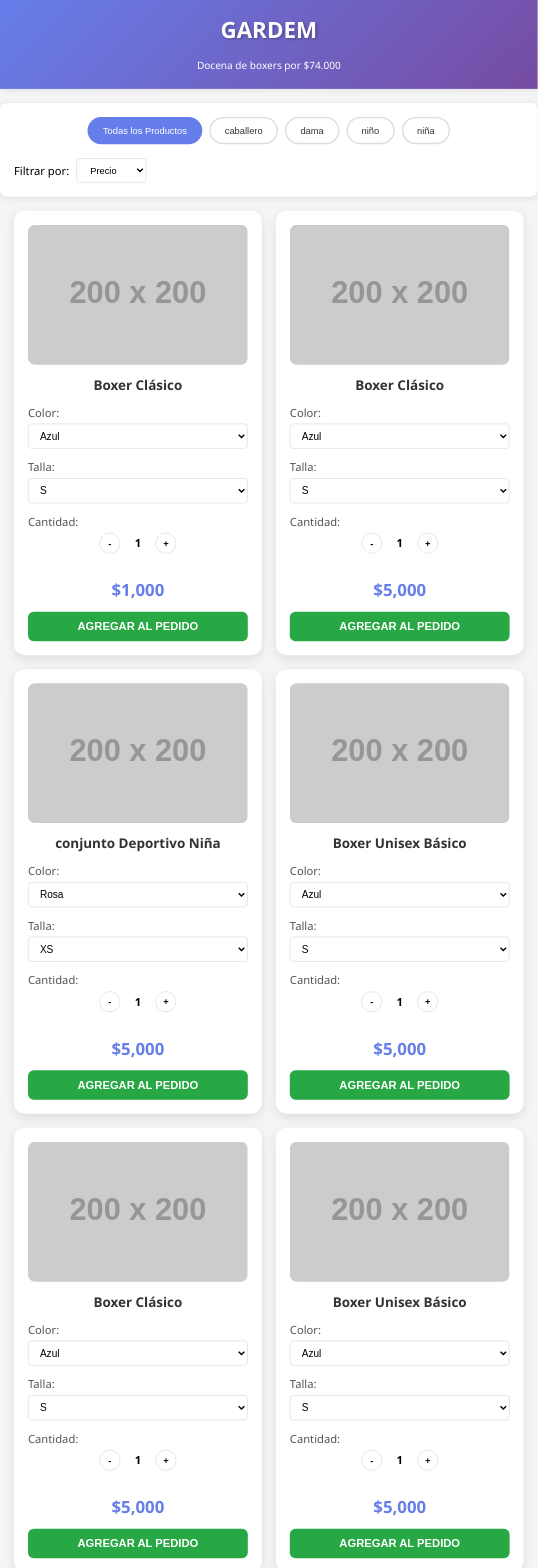
Repository: dasalgar123/gardem_react
Page: /
The author's editor kept a copy of each file at every save. The page is drawn from the files as they stood at one save, then again after the next save.
The browser window is 768 px wide. The pictures show the part of the page from y = 0 to 2240 px (the page is 4261 px tall before and 4292 px after), at 70% of full size.
The project was rebuilt for these pictures with package versions that can differ from the ones it lists, and the page was loaded fresh each time.

Above is the page before, as saved 2025-08-02 17:08:13.

### src/App.js
import React, { useState, useEffect } from 'react';
import './App.css';

function App() {
  // Estado para el carrito de compras
  const [carrito, setCarrito] = useState([]);
  const [filtroCategoria, setFiltroCategoria] = useState('Todas los Productos');
  const [promocionActual, setPromocionActual] = useState(0);

  // Promociones para el carrusel
  const promociones = [
    "Envíos a todo el país!",
    "Envíos gratis a Cúcuta centro",
    "Docena de boxers por $74.000",
    "Aprovecha nuestras promociones!"
  ];

  // Carrusel automático de promociones
  useEffect(() => {
    const interval = setInterval(() => {
      setPromocionActual((prev) => (prev + 1) % promociones.length);
    }, 3000); // Cambia cada 3 segundos

    return () => clearInterval(interval);
  }, [promociones.length]);

  // Datos de productos de Gardem
  const productos = [
    {
      id: 1,
      nombre: "Boxer Clásico",
      precio: 1000,
      categoria: "caballero",
      imagen: "https://via.placeholder.com/200x200/0066cc/ffffff?text=Boxer+Azul",
      colores: ["Azul", "Rojo", "Verde", "Negro"],
      tallas: ["S", "M", "L", "XL"]
    },
    {
      id: 2,
      nombre: "Boxer Clásico",
      precio: 5000,
      categoria: "caballero",
      imagen: "https://via.placeholder.com/200x200/cc0000/ffffff?text=Boxer+Rojo",
      colores: ["Azul", "Rojo", "Verde", "Negro"],
      tallas: ["S", "M", "L", "XL"]
    },
    {
      id: 3,
      nombre: "conjunto Deportivo Niña",
      precio: 5000,
      categoria: "niña",
      imagen: "https://via.placeholder.com/200x200/ff99cc/ffffff?text=Conjunto+Niña",
      colores: ["Rosa", "Azul", "Verde"],
      tallas: ["XS", "S", "M", "L"]
    },
    {
      id: 4,
      nombre: "Boxer Unisex Básico",
      precio: 5000,
      categoria: "caballero",
      imagen: "https://via.placeholder.com/200x200/99cc00/ffffff?text=Boxer+Verde",
      colores: ["Azul", "Rojo", "Verde", "Negro"],
      tallas: ["S", "M", "L", "XL"]
    },
    {
      id: 5,
      nombre: "Boxer Clásico",
      precio: 5000,
      categoria: "caballero",
      imagen: "https://via.placeholder.com/200x200/00cc00/ffffff?text=Boxer+Verde",
      colores: ["Azul", "Rojo", "Verde", "Negro"],
      tallas: ["S", "M", "L", "XL"]
    },
    {
      id: 6,
      nombre: "Boxer Unisex Básico",
      precio: 5000,
      categoria: "caballero",
      imagen: "https://via.placeholder.com/200x200/00cccc/ffffff?text=Boxer+Teal",
      colores: ["Azul", "Rojo", "Verde", "Negro"],
      tallas: ["S", "M", "L", "XL"]
    },
    {
      id: 7,
      nombre: "Boxer Clásico niño",
      precio: 5000,
      categoria: "niño",
      imagen: "https://via.placeholder.com/200x200/6699ff/ffffff?text=Boxer+Niño",
      colores: ["Azul", "Rojo", "Verde", "Negro"],
      tallas: ["XS", "S", "M", "L"]
    },
    {
      id: 8,
      nombre: "Boxer Clásico caballero",
      precio: 5000,
      categoria: "caballero",
      imagen: "https://via.placeholder.com/200x200/003366/ffffff?text=Boxer+Azul+Oscuro",
      colores: ["Azul", "Rojo", "Verde", "Negro"],
      tallas: ["S", "M", "L", "XL"]
    },
    {
      id: 9,
      nombre: "top algodon",
      precio: 10000,
      categoria: "dama",
      imagen: "https://via.placeholder.com/200x200/ffcc99/ffffff?text=Top+Algodón",
      colores: ["Rosa", "Azul", "Verde", "Negro"],
      tallas: ["XS", "S", "M", "L", "XL"]
    },
    {
      id: 10,
      nombre: "top niña",
      precio: 10000,
      categoria: "niña",
      imagen: "https://via.placeholder.com/200x200/ff99cc/ffffff?text=Top+Niña",
      colores: ["Rosa", "Azul", "Verde", "Amarillo"],
      tallas: ["XS", "S", "M", "L"]
    },
    {
      id: 11,
      nombre: "pantalon",
      precio: 5000,
      categoria: "caballero",
      imagen: "https://via.placeholder.com/200x200/999999/ffffff?text=Pantalón",
      colores: ["Negro", "Azul", "Gris"],
      tallas: ["S", "M", "L", "XL"]
    }
  ];

  // Filtrar productos por categoría
  const productosFiltrados = filtroCategoria === 'Todas los Productos'
    ? productos
    : productos.filter(p => p.categoria === filtroCategoria);

  // Agregar producto al carrito
  const agregarAlCarrito = (producto, color, talla, cantidad) => {
    const item = {
      ...producto,
      color,
      talla,
      cantidad: parseInt(cantidad)
    };
    setCarrito([...carrito, item]);
  };

  // Calcular total del carrito
  const totalCarrito = carrito.reduce((total, item) => total + (item.precio * item.cantidad), 0);

  return (
    <div className="App">
      {/* Header */}
      <header className="header">
        <div className="header-content">
          <h1 className="logo">GARDEM</h1>
          <div className="promociones">
            <div className="carrusel-promociones">
              <p className="promocion-activa">{promociones[promocionActual]}</p>
            </div>
          </div>
        </div>
      </header>

      {/* Filtros */}
      <div className="filtros">
        <div className="filtro-categorias">
          <button
            className={filtroCategoria === 'Todas los Productos' ? 'activo' : ''}
            onClick={() => setFiltroCategoria('Todas los Productos')}
          >
            Todas los Productos
          </button>
          <button
            className={filtroCategoria === 'caballero' ? 'activo' : ''}
            onClick={() => setFiltroCategoria('caballero')}
          >
            caballero
          </button>
          <button
            className={filtroCategoria === 'dama' ? 'activo' : ''}
            onClick={() => setFiltroCategoria('dama')}
          >
            dama
          </button>
          <button
            className={filtroCategoria === 'niño' ? 'activo' : ''}
            onClick={() => setFiltroCategoria('niño')}
          >
            niño
          </button>
          <button
            className={filtroCategoria === 'niña' ? 'activo' : ''}
            onClick={() => setFiltroCategoria('niña')}
          >
            niña
          </button>
        </div>
        <div className="filtro-extra">
          <span>Filtrar por:</span>
          <select>
            <option>Precio</option>
            <option>Nombre</option>
          </select>
        </div>
      </div>

      {/* Grid de Productos */}
      <div className="productos-grid">
        {productosFiltrados.map((producto) => (
          <ProductoCard
            key={producto.id}
            producto={producto}
            onAgregar={agregarAlCarrito}
          />
        ))}
      </div>

      {/* Carrito */}
      {carrito.length > 0 && (
        <div className="carrito">
          <h3>Tu Pedido ({carrito.length} productos)</h3>
          <div className="carrito-items">
            {carrito.map((item, index) => (
              <div key={index} className="carrito-item">
                <img src={item.imagen} alt={item.nombre} />
                <div>
                  <h4>{item.nombre}</h4>
                  <p>Color: {item.color} | Talla: {item.talla}</p>
                  <p>Cantidad: {item.cantidad}</p>
                  <p>Precio: ${item.precio.toLocaleString()}</p>
                </div>
              </div>
            ))}
          </div>
          <div className="carrito-total">
            <h4>Total: ${totalCarrito.toLocaleString()}</h4>
            <button className="btn-whatsapp">
              Enviar Pedido por WhatsApp
            </button>
          </div>
        </div>
      )}
    </div>
  );
}

// Componente ProductoCard
function ProductoCard({ producto, onAgregar }) {
  const [color, setColor] = useState(producto.colores[0]);
  const [talla, setTalla] = useState(producto.tallas[0]);
  const [cantidad, setCantidad] = useState(1);

  const handleAgregar = () => {
    onAgregar(producto, color, talla, cantidad);
  };

  return (
    <div className="producto-card">
      <img src={producto.imagen} alt={producto.nombre} />
      <h3>{producto.nombre}</h3>

      <div className="producto-opciones">
        <div className="opcion">
          <label>Color:</label>
          <select value={color} onChange={(e) => setColor(e.target.value)}>
            {producto.colores.map(c => (
              <option key={c} value={c}>{c}</option>
            ))}
          </select>
        </div>

        <div className="opcion">
          <label>Talla:</label>
          <select value={talla} onChange={(e) => setTalla(e.target.value)}>
            {producto.tallas.map(t => (
              <option key={t} value={t}>{t}</option>
            ))}
          </select>
        </div>

        <div className="opcion">
          <label>Cantidad:</label>
          <div className="cantidad-control">
            <button onClick={() => setCantidad(Math.max(1, cantidad - 1))}>-</button>
            <span>{cantidad}</span>
            <button onClick={() => setCantidad(cantidad + 1)}>+</button>
          </div>
        </div>
      </div>

      <div className="producto-precio">
        <span className="precio">${producto.precio.toLocaleString()}</span>
      </div>

      <button className="btn-agregar" onClick={handleAgregar}>
        AGREGAR AL PEDIDO
      </button>
    </div>
  );
}

export default App;

### src/App.css
/* Estilos generales */
* {
  margin: 0;
  padding: 0;
  box-sizing: border-box;
}

body {
  font-family: 'Segoe UI', Tahoma, Geneva, Verdana, sans-serif;
  background-color: #f5f5f5;
}

.App {
  min-height: 100vh;
}

/* Header */
.header {
  background: linear-gradient(135deg, #667eea 0%, #764ba2 100%);
  color: white;
  padding: 20px 0;
  box-shadow: 0 2px 10px rgba(0,0,0,0.1);
}

.header-content {
  max-width: 1200px;
  margin: 0 auto;
  padding: 0 20px;
  display: flex;
  justify-content: space-between;
  align-items: center;
  flex-wrap: wrap;
}

.logo {
  font-size: 2.5rem;
  font-weight: bold;
  text-shadow: 2px 2px 4px rgba(0,0,0,0.3);
}

.promociones {
  text-align: right;
}

.promociones p {
  margin: 5px 0;
  font-size: 0.9rem;
  font-weight: 500;
}

/* Filtros */
.filtros {
  background: white;
  padding: 20px;
  margin: 20px auto;
  max-width: 1200px;
  border-radius: 10px;
  box-shadow: 0 2px 10px rgba(0,0,0,0.1);
  display: flex;
  justify-content: space-between;
  align-items: center;
  flex-wrap: wrap;
  gap: 20px;
}

.filtro-categorias {
  display: flex;
  gap: 10px;
  flex-wrap: wrap;
}

.filtro-categorias button {
  padding: 10px 20px;
  border: 2px solid #ddd;
  background: white;
  color: #333;
  border-radius: 25px;
  cursor: pointer;
  transition: all 0.3s ease;
  font-weight: 500;
}

.filtro-categorias button:hover {
  border-color: #667eea;
  color: #667eea;
}

.filtro-categorias button.activo {
  background: #667eea;
  color: white;
  border-color: #667eea;
}

.filtro-extra {
  display: flex;
  align-items: center;
  gap: 10px;
}

.filtro-extra select {
  padding: 8px 15px;
  border: 1px solid #ddd;
  border-radius: 5px;
  background: white;
}

/* Grid de Productos */
.productos-grid {
  max-width: 1200px;
  margin: 0 auto;
  padding: 0 20px;
  display: grid;
  grid-template-columns: repeat(auto-fill, minmax(280px, 1fr));
  gap: 30px;
  margin-bottom: 50px;
}

/* Tarjeta de Producto */
.producto-card {
  background: white;
  border-radius: 15px;
  padding: 20px;
  box-shadow: 0 5px 15px rgba(0,0,0,0.1);
  transition: transform 0.3s ease, box-shadow 0.3s ease;
  display: flex;
  flex-direction: column;
}

.producto-card:hover {
  transform: translateY(-5px);
  box-shadow: 0 10px 25px rgba(0,0,0,0.15);
}

.producto-card img {
  width: 100%;
  height: 200px;
  object-fit: cover;
  border-radius: 10px;
  margin-bottom: 15px;
}

.producto-card h3 {
  font-size: 1.2rem;
  margin-bottom: 15px;
  color: #333;
  text-align: center;
}

.producto-opciones {
  margin-bottom: 20px;
}

.opcion {
  margin-bottom: 15px;
}

.opcion label {
  display: block;
  margin-bottom: 5px;
  font-weight: 500;
  color: #555;
}

.opcion select {
  width: 100%;
  padding: 8px 12px;
  border: 1px solid #ddd;
  border-radius: 5px;
  background: white;
  font-size: 0.9rem;
}

.cantidad-control {
  display: flex;
  align-items: center;
  gap: 10px;
  justify-content: center;
}

.cantidad-control button {
  width: 30px;
  height: 30px;
  border: 1px solid #ddd;
  background: white;
  border-radius: 50%;
  cursor: pointer;
  font-weight: bold;
  transition: all 0.3s ease;
}

.cantidad-control button:hover {
  background: #667eea;
  color: white;
  border-color: #667eea;
}

.cantidad-control span {
  font-weight: bold;
  min-width: 30px;
  text-align: center;
}

.producto-precio {
  text-align: center;
  margin-bottom: 15px;
}

.precio {
  font-size: 1.5rem;
  font-weight: bold;
  color: #667eea;
}

.btn-agregar {
  width: 100%;
  padding: 12px;
  background: #28a745;
  color: white;
  border: none;
  border-radius: 8px;
  font-weight: bold;
  cursor: pointer;
  transition: background 0.3s ease;
  font-size: 1rem;
}

.btn-agregar:hover {
  background: #218838;
}

/* Carrito */
.carrito {
  position: fixed;
  bottom: 0;
  left: 0;
  right: 0;
  background: white;
  border-top: 3px solid #667eea;
  padding: 20px;
  box-shadow: 0 -5px 15px rgba(0,0,0,0.1);
  max-height: 60vh;
  overflow-y: auto;
}

.carrito h3 {
  color: #333;
  margin-bottom: 15px;
  text-align: center;
}

.carrito-items {
  display: grid;
  grid-template-columns: repeat(auto-fill, minmax(250px, 1fr));
  gap: 15px;
  margin-bottom: 20px;
}

.carrito-item {
  display: flex;
  gap: 15px;
  padding: 15px;
  background: #f8f9fa;
  border-radius: 10px;
  align-items: center;
}

.carrito-item img {
  width: 60px;
  height: 60px;
  object-fit: cover;
  border-radius: 5px;
}

.carrito-item h4 {
  font-size: 1rem;
  margin-bottom: 5px;
  color: #333;
}

.carrito-item p {
  font-size: 0.9rem;
  color: #666;
  margin: 2px 0;
}

.carrito-total {
  text-align: center;
  border-top: 2px solid #eee;
  padding-top: 15px;
}

.carrito-total h4 {
  font-size: 1.3rem;
  color: #667eea;
  margin-bottom: 15px;
}

.btn-whatsapp {
  background: #25d366;
  color: white;
  border: none;
  padding: 12px 25px;
  border-radius: 25px;
  font-weight: bold;
  cursor: pointer;
  transition: background 0.3s ease;
  font-size: 1rem;
}

.btn-whatsapp:hover {
  background: #128c7e;
}

/* Responsive */
@media (max-width: 768px) {
  .header-content {
    flex-direction: column;
    text-align: center;
    gap: 15px;
  }

  .logo {
    font-size: 2rem;
  }

  .filtros {
    flex-direction: column;
    align-items: stretch;
  }

  .filtro-categorias {
    justify-content: center;
  }

  .productos-grid {
    grid-template-columns: repeat(auto-fill, minmax(250px, 1fr));
    gap: 20px;
  }

  .carrito-items {
    grid-template-columns: 1fr;
  }
}

Loaded but not shown: public/index.html (common file); src/index.js (common file); src/index.css (common file); src/reportWebVitals.js (common file)

After the next save:
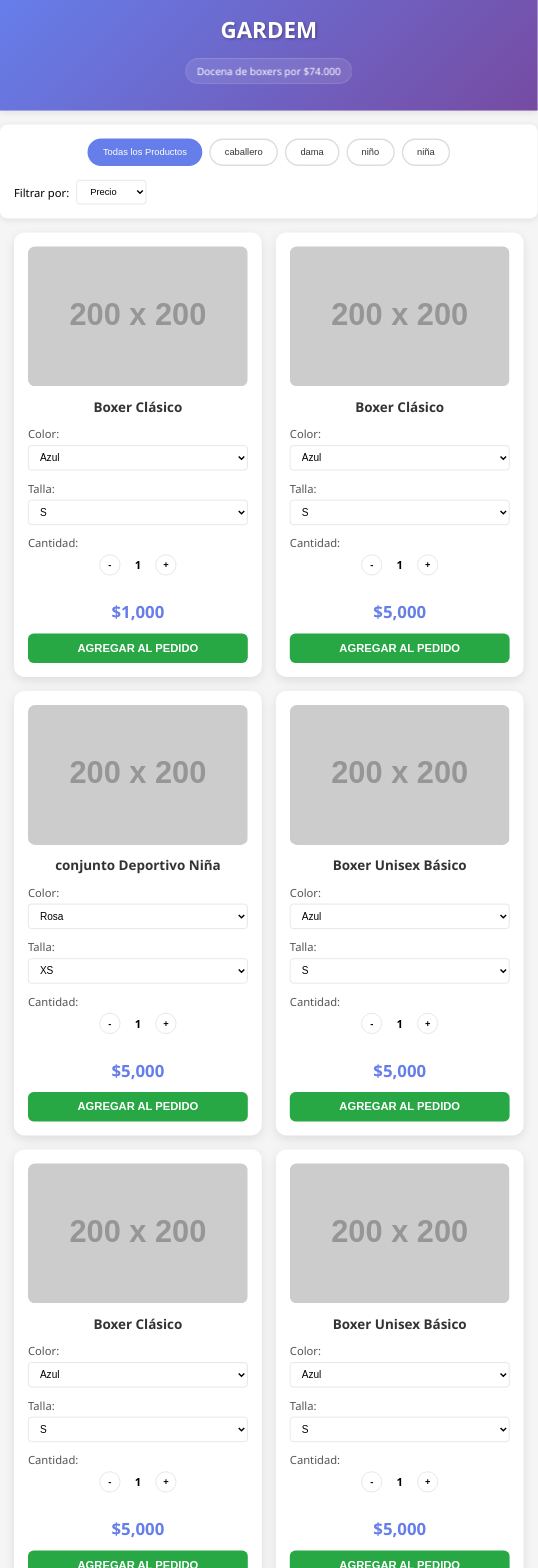
Saved 31 s later.
--- a/src/App.css
+++ b/src/App.css
@@ -40,12 +40,39 @@
 
 .promociones {
   text-align: right;
-}
-
-.promociones p {
-  margin: 5px 0;
-  font-size: 0.9rem;
+  min-height: 80px;
+  display: flex;
+  align-items: center;
+}
+
+.carrusel-promociones {
+  position: relative;
+  overflow: hidden;
+  height: 60px;
+}
+
+.promocion-activa {
+  margin: 0;
+  font-size: 1rem;
   font-weight: 500;
+  animation: fadeInOut 3s ease-in-out infinite;
+  text-align: center;
+  padding: 10px 20px;
+  background: rgba(255,255,255,0.1);
+  border-radius: 25px;
+  backdrop-filter: blur(10px);
+  border: 1px solid rgba(255,255,255,0.2);
+}
+
+@keyframes fadeInOut {
+  0%, 100% {
+    opacity: 0;
+    transform: translateY(20px);
+  }
+  10%, 90% {
+    opacity: 1;
+    transform: translateY(0);
+  }
 }
 
 /* Filtros */
@@ -323,6 +350,19 @@
     font-size: 2rem;
   }
 
+  .promociones {
+    min-height: 60px;
+  }
+
+  .carrusel-promociones {
+    height: 50px;
+  }
+
+  .promocion-activa {
+    font-size: 0.9rem;
+    padding: 8px 15px;
+  }
+
   .filtros {
     flex-direction: column;
     align-items: stretch;
